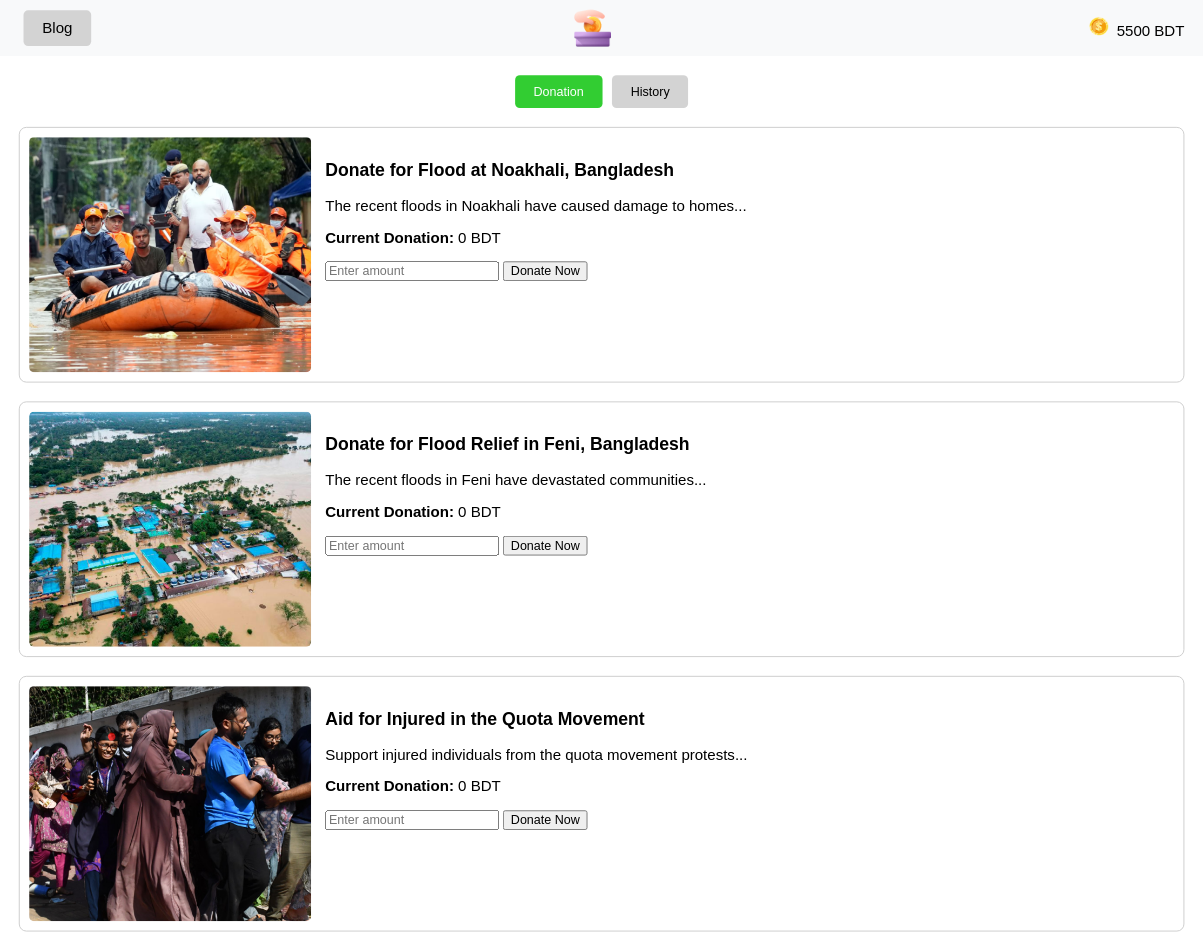
Repository: Aminul-Islam85/Assignment-5
Page: index.html
An editor plug-in stored every save of this project. The page is shown before and after the next save, followed by the edit.
The browser window is 1280 px wide. The pictures show the whole page, at 94% of full size.

Above is the page before, as saved 2024-12-06 20:09:09.

### index.html
<!DOCTYPE html>
<html lang="en">
<head>
  <meta charset="UTF-8">
  <meta name="viewport" content="width=device-width, initial-scale=1.0">
  <title>Donate Bangladesh</title>
  <link rel="stylesheet" href="style.css">
</head>
<body>
  <header class="navbar">
    <a href="blog.html" class="tab-btn">Blog</a>
    <img src="images/logo.png" alt="Logo" class="logo">
    <div class="balance">
      <img src="images/coin.png" alt="Coin" class="icon">
      <span id="account-balance">5500 BDT</span>
    </div>
  </header>

  <div class="content-wrapper">
    <main>
        <div class="tabs">
          <button class="tab-btn active" id="donation-tab">Donation</button>
          <button class="tab-btn" id="history-tab">History</button>
        </div>

        <section id="donation-section">
          <!-- Card 1 -->
          <div class="card">
            <img src="images/noakhali.png" alt="Noakhali" class="card-img">
            <div class="card-content">
              <h3>Donate for Flood at Noakhali, Bangladesh</h3>
              <p>The recent floods in Noakhali have caused damage to homes...</p>
              <p><strong>Current Donation:</strong> <span id="noakhali-donation">0 BDT</span></p>
              <input type="number" id="noakhali-input" placeholder="Enter amount">
              <button class="donate-btn" data-id="noakhali">Donate Now</button>
            </div>
          </div>

          <!-- Card 2 -->
          <div class="card">
            <img src="images/feni.png" alt="Feni" class="card-img">
            <div class="card-content">
              <h3>Donate for Flood Relief in Feni, Bangladesh</h3>
              <p>The recent floods in Feni have devastated communities...</p>
              <p><strong>Current Donation:</strong> <span id="feni-donation">0 BDT</span></p>
              <input type="number" id="feni-input" placeholder="Enter amount">
              <button class="donate-btn" data-id="feni">Donate Now</button>
            </div>
          </div>

          <!-- Card 3 -->
          <div class="card">
            <img src="images/quota-protest.png" alt="Quota Protest" class="card-img">
            <div class="card-content">
              <h3>Aid for Injured in the Quota Movement</h3>
              <p>Support injured individuals from the quota movement protests...</p>
              <p><strong>Current Donation:</strong> <span id="quota-donation">0 BDT</span></p>
              <input type="number" id="quota-input" placeholder="Enter amount">
              <button class="donate-btn" data-id="quota">Donate Now</button>
            </div>
          </div>
        </section>

        <section id="history-section" class="hidden">
          <ul id="history-list"></ul>
        </section>
      </main>
</div>

  <div id="modal" class="hidden">
    <div class="modal-content">
      <h2>Congrats!</h2>
      <p>You have donated for humankind successfully.</p>
      <button id="close-modal">Close</button>
    </div>
  </div>

  <script src="script.js" defer></script>
</body>
</html>

### style.css
body {
    font-family: Arial, sans-serif;
    margin: 0;
    padding: 0;
  }

  .navbar {
    display: flex;
    justify-content: space-between;
    align-items: center;
    background: #f8f9fa;
    padding: 10px 20px;
    position: sticky;
    top: 0;
  }

  .logo {
    height: 40px;
  }

  .icon {
    height: 20px;
    margin-right: 5px;
  }

  .tabs {
    display: flex;
    justify-content: center;
    margin: 20px 0;
  }

  .tab-btn {
    margin: 0 5px;
    padding: 10px 20px;
    border-radius: 5px;
    border: none;
    background: lightgray;
    color: black;
    text-align: center;
    text-decoration: none;
    display: inline-block;
    cursor: pointer;
  }

  .tab-btn:hover {
    background: limegreen;
    color: white;
  }


  .tab-btn.active {
    background: limegreen;
    color: white;
    border-radius: 5px;
  }

  .card {
    display: flex;
    margin: 20px;
    border: 1px solid #ccc;
    border-radius: 8px;
    overflow: hidden;
  }

  .card-img {
    width: 300px;
    height: 250px;
    border-radius: 5px;
    margin-top: 10px;
    margin-bottom: 10px;
    margin-left: 10px;
    object-fit: cover;
  }

  .card-content {
    padding: 15px;
    flex: 1;
  }

  .hidden {
    display: none !important;
  }

  #modal {
    position: fixed;
    top: 0;
    left: 0;
    right: 0;
    bottom: 0;
    background: rgba(0, 0, 0, 0.5);
    display: flex;
    justify-content: center;
    align-items: center;
    z-index: 1000;
  }

  .modal-content {
    background: white;
    padding: 20px;
    text-align: center;
    border-radius: 8px;
  }

### script.js
let accountBalance = 5500;

document.getElementById('donation-tab').addEventListener('click', () => {
  toggleSection('donation');
});

document.getElementById('history-tab').addEventListener('click', () => {
  toggleSection('history');
});

document.querySelectorAll('.donate-btn').forEach(button => {
  button.addEventListener('click', () => {
    const id = button.getAttribute('data-id');
    const input = document.getElementById(`${id}-input`);
    const amount = parseInt(input.value);

    if (isNaN(amount) || amount <= 0) {
      alert('Invalid amount');
      return;
    }

    if (amount > accountBalance) {
      alert('Insufficient balance');
      return;
    }

    accountBalance -= amount;
    document.getElementById('account-balance').textContent = `${accountBalance} BDT`;

    const donation = document.getElementById(`${id}-donation`);
    const currentDonation = parseInt(donation.textContent) || 0;
    donation.textContent = `${currentDonation + amount} BDT`;

    addToHistory(amount, id);

    input.value = '';
    showModal();
  });
});

document.getElementById('close-modal').addEventListener('click', () => {
  const modal = document.getElementById('modal');
  modal.classList.add('hidden');
});

function toggleSection(section) {
  document.getElementById('donation-section').classList.toggle('hidden', section !== 'donation');
  document.getElementById('history-section').classList.toggle('hidden', section !== 'history');
  document.querySelectorAll('.tab-btn').forEach(btn => btn.classList.toggle('active', btn.id.includes(section)));
}

function addToHistory(amount, id) {
  const history = document.getElementById('history-list');
  const item = document.createElement('li');
  const now = new Date();
  const donationName =
    id === 'noakhali' ? 'Flood at Noakhali' :
    id === 'feni' ? 'Flood Relief in Feni' :
    'Aid for Quota Movement';
  item.textContent = `${amount} BDT donated to ${donationName} on ${now.toLocaleString()}`;
  history.appendChild(item);
}

function showModal() {
  document.getElementById('modal').classList.remove('hidden');
}

After the next save:
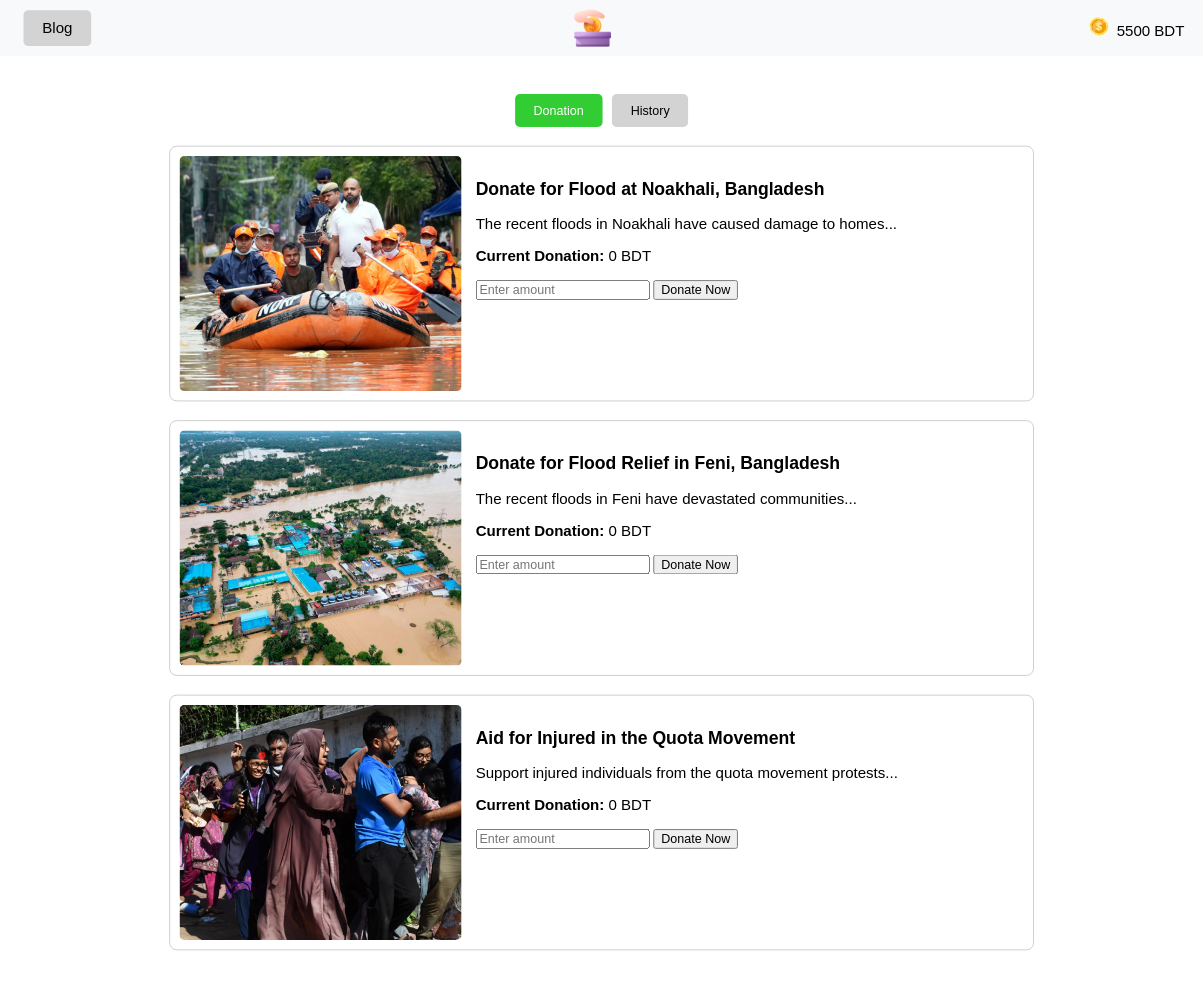
Saved 67 s later.
--- a/style.css
+++ b/style.css
@@ -81,6 +81,12 @@
     display: none !important;
   }
 
+  .content-wrapper {
+    width: 75%;
+    margin: 0 auto;
+    padding: 20px 0;
+  }
+
   #modal {
     position: fixed;
     top: 0;

After the 2 saves that followed:
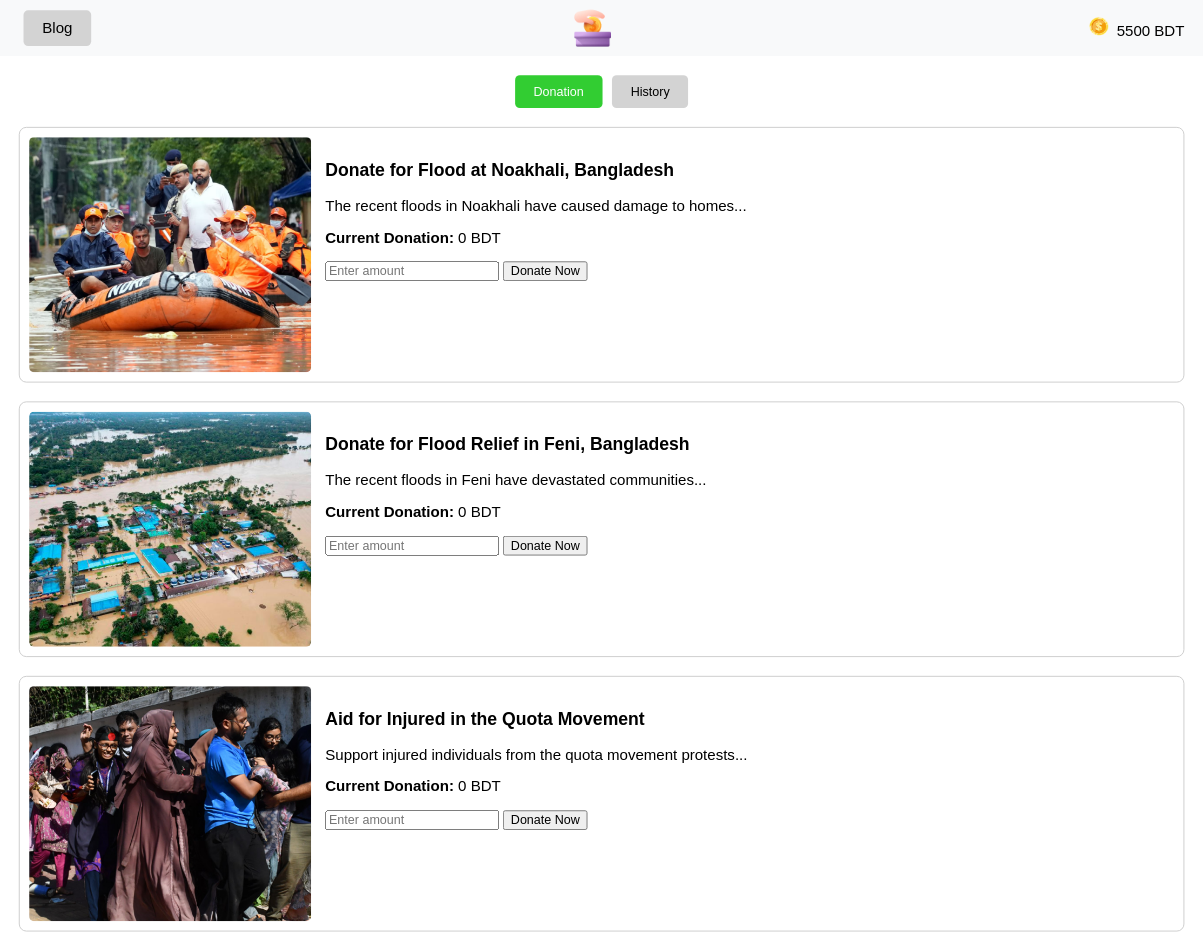
The 2 saves are shown as one change because 1 left the picture as it was.
The last was saved 3 min 2 s later.
--- a/index.html
+++ b/index.html
@@ -6,75 +6,75 @@
   <title>Donate Bangladesh</title>
   <link rel="stylesheet" href="style.css">
 </head>
-<body>
-  <header class="navbar">
-    <a href="blog.html" class="tab-btn">Blog</a>
-    <img src="images/logo.png" alt="Logo" class="logo">
-    <div class="balance">
-      <img src="images/coin.png" alt="Coin" class="icon">
-      <span id="account-balance">5500 BDT</span>
-    </div>
-  </header>
+<div>
+    <body>
+        <header class="navbar">
+          <a href="blog.html" class="tab-btn">Blog</a>
+          <img src="images/logo.png" alt="Logo" class="logo">
+          <div class="balance">
+            <img src="images/coin.png" alt="Coin" class="icon">
+            <span id="account-balance">5500 BDT</span>
+          </div>
+        </header>
 
-  <div class="content-wrapper">
-    <main>
-        <div class="tabs">
-          <button class="tab-btn active" id="donation-tab">Donation</button>
-          <button class="tab-btn" id="history-tab">History</button>
+        <main>
+          <div class="tabs">
+            <button class="tab-btn active" id="donation-tab">Donation</button>
+            <button class="tab-btn" id="history-tab">History</button>
+          </div>
+
+          <section id="donation-section">
+            <!-- Card 1 -->
+            <div class="card">
+              <img src="images/noakhali.png" alt="Noakhali" class="card-img">
+              <div class="card-content">
+                <h3>Donate for Flood at Noakhali, Bangladesh</h3>
+                <p>The recent floods in Noakhali have caused damage to homes...</p>
+                <p><strong>Current Donation:</strong> <span id="noakhali-donation">0 BDT</span></p>
+                <input type="number" id="noakhali-input" placeholder="Enter amount">
+                <button class="donate-btn" data-id="noakhali">Donate Now</button>
+              </div>
+            </div>
+
+            <!-- Card 2 -->
+            <div class="card">
+              <img src="images/feni.png" alt="Feni" class="card-img">
+              <div class="card-content">
+                <h3>Donate for Flood Relief in Feni, Bangladesh</h3>
+                <p>The recent floods in Feni have devastated communities...</p>
+                <p><strong>Current Donation:</strong> <span id="feni-donation">0 BDT</span></p>
+                <input type="number" id="feni-input" placeholder="Enter amount">
+                <button class="donate-btn" data-id="feni">Donate Now</button>
+              </div>
+            </div>
+
+            <!-- Card 3 -->
+            <div class="card">
+              <img src="images/quota-protest.png" alt="Quota Protest" class="card-img">
+              <div class="card-content">
+                <h3>Aid for Injured in the Quota Movement</h3>
+                <p>Support injured individuals from the quota movement protests...</p>
+                <p><strong>Current Donation:</strong> <span id="quota-donation">0 BDT</span></p>
+                <input type="number" id="quota-input" placeholder="Enter amount">
+                <button class="donate-btn" data-id="quota">Donate Now</button>
+              </div>
+            </div>
+          </section>
+
+          <section id="history-section" class="hidden">
+            <ul id="history-list"></ul>
+          </section>
+        </main>
+
+        <div id="modal" class="hidden">
+          <div class="modal-content">
+            <h2>Congrats!</h2>
+            <p>You have donated for humankind successfully.</p>
+            <button id="close-modal">Close</button>
+          </div>
         </div>
 
-        <section id="donation-section">
-          <!-- Card 1 -->
-          <div class="card">
-            <img src="images/noakhali.png" alt="Noakhali" class="card-img">
-            <div class="card-content">
-              <h3>Donate for Flood at Noakhali, Bangladesh</h3>
-              <p>The recent floods in Noakhali have caused damage to homes...</p>
-              <p><strong>Current Donation:</strong> <span id="noakhali-donation">0 BDT</span></p>
-              <input type="number" id="noakhali-input" placeholder="Enter amount">
-              <button class="donate-btn" data-id="noakhali">Donate Now</button>
-            </div>
-          </div>
-
-          <!-- Card 2 -->
-          <div class="card">
-            <img src="images/feni.png" alt="Feni" class="card-img">
-            <div class="card-content">
-              <h3>Donate for Flood Relief in Feni, Bangladesh</h3>
-              <p>The recent floods in Feni have devastated communities...</p>
-              <p><strong>Current Donation:</strong> <span id="feni-donation">0 BDT</span></p>
-              <input type="number" id="feni-input" placeholder="Enter amount">
-              <button class="donate-btn" data-id="feni">Donate Now</button>
-            </div>
-          </div>
-
-          <!-- Card 3 -->
-          <div class="card">
-            <img src="images/quota-protest.png" alt="Quota Protest" class="card-img">
-            <div class="card-content">
-              <h3>Aid for Injured in the Quota Movement</h3>
-              <p>Support injured individuals from the quota movement protests...</p>
-              <p><strong>Current Donation:</strong> <span id="quota-donation">0 BDT</span></p>
-              <input type="number" id="quota-input" placeholder="Enter amount">
-              <button class="donate-btn" data-id="quota">Donate Now</button>
-            </div>
-          </div>
-        </section>
-
-        <section id="history-section" class="hidden">
-          <ul id="history-list"></ul>
-        </section>
-      </main>
+        <script src="script.js" defer></script>
+      </body>
 </div>
-
-  <div id="modal" class="hidden">
-    <div class="modal-content">
-      <h2>Congrats!</h2>
-      <p>You have donated for humankind successfully.</p>
-      <button id="close-modal">Close</button>
-    </div>
-  </div>
-
-  <script src="script.js" defer></script>
-</body>
 </html>
--- a/style.css
+++ b/style.css
@@ -105,4 +105,5 @@
     padding: 20px;
     text-align: center;
     border-radius: 8px;
+    width: 50%;
   }
